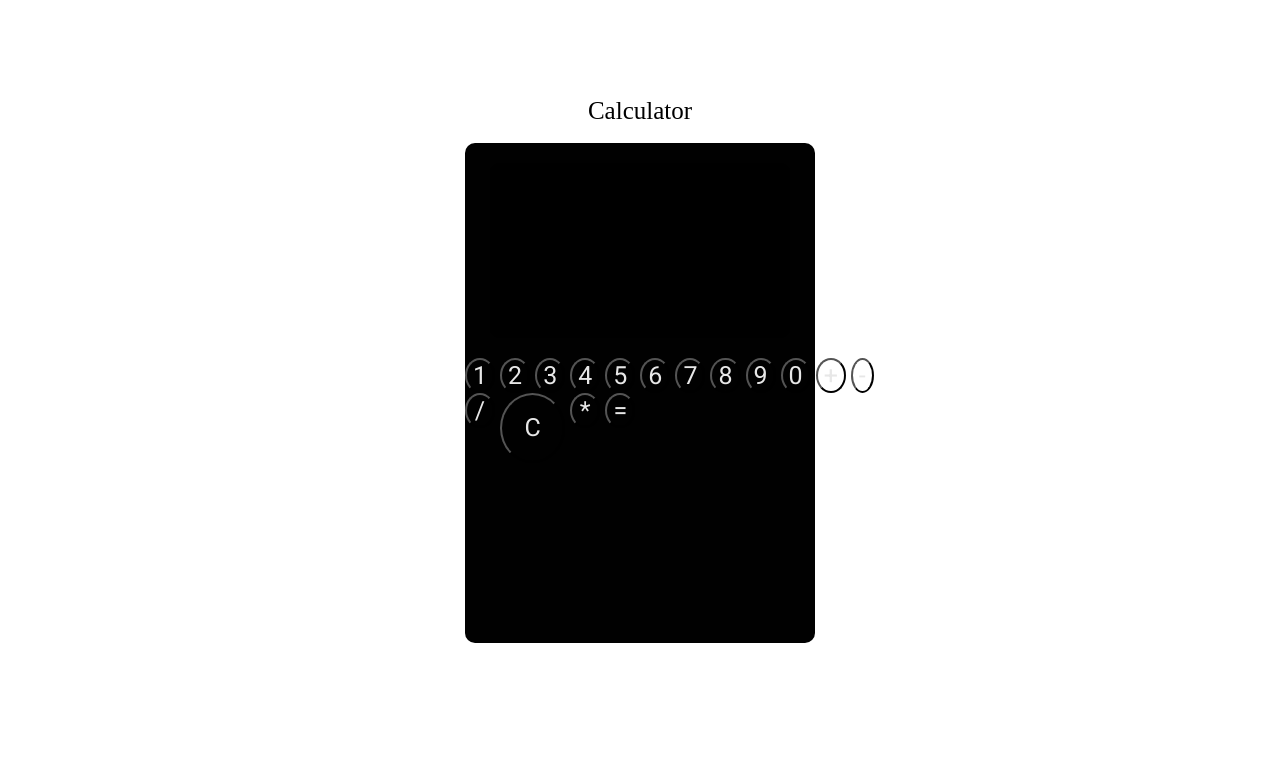
Repository: Gibon9/SimpleCalc
Page: index.html
An editor plug-in stored every save of this project. The page is shown before and after the next save, followed by the edit.
The browser window is 1280 px wide. The pictures show the whole page.
Some web fonts or font styles are not loaded; a fallback is used.

Above is the page before, as saved 2020-11-27 18:53:14.

### index.html
<!DOCTYPE html>
<html lang="en">
  <head>
    <meta charset="UTF-8" />
    <meta name="viewport" content="width=device-width, initial-scale=1.0" />
    <link rel="stylesheet" href="style/reset.css" />
    <link rel="stylesheet" href="style/style.css" />
    <title>Calculator</title>
  </head>

  <body>
    <main class="main">
      <h1 class="title">Calculator</h1>
      <section class="clac">
        <div class="calc-display" id="display"></div>
        <section class="keyboard" id="keyboard">
          <button class="calc-button c-btn" id="clear">C</button>
          <button class="calc-button" id="btn1">1</button>
          <button class="calc-button" id="btn2">2</button>
          <button class="calc-button" id="btn3">3</button>
          <button class="calc-button" id="btn4">4</button>
          <button class="calc-button" id="btn5">5</button>
          <button class="calc-button" id="btn6">6</button>
          <button class="calc-button" id="btn7">7</button>
          <button class="calc-button" id="btn8">8</button>
          <button class="calc-button" id="btn9">9</button>
          <button class="calc-button" id="btn0">0</button>
          <button class="calc-button" id="plus">+</button>
          <button class="calc-button" id="minus">-</button>
          <button class="calc-button" id="divide">/</button>
          <button class="calc-button" id="multiply">*</button>
          <button class="calc-button" id="equal">=</button>
        </section>
      </section>
    </main>
    <script src="./index.js"></script>
  </body>
</html>

### style/style.css
@import url("https://fonts.googleapis.com/css2?family=Roboto&family=Saira+Stencil+One&display=swap");

:root {
  --background-color: #010101;
  --display-color: black;
  --primary-btn-color: ##a5a5a5;
  --secondary-color: #333333;
  --secondary-btn-color: #fd9624;
  --text-color: #e7e7e7;
}

.calc-display,
.title {
  font-family: "Saira Stencil One", cursive;
}

.calc-button {
  font-family: "Roboto", sans-serif;
}

.main {
  display: flex;
  flex-direction: column;
  justify-content: center;
  align-items: center;
  width: 100vw;
  height: 100vh;
}

.title {
  font-size: 25px;
  margin: 20px 0;
}

.clac {
  width: 350px;
  height: 500px;
  background-color: var(--background-color);
  border-radius: 10px;
}

.calc-display {
  margin: 20px auto;
  width: 300px;
  height: 35%;
  background-color: var(--display-color);
  color: var(--primary-color);
  border-radius: 10px;
  font-size: 40px;
}

.keyboard {
  display: grid;
  grid-template-columns: repeat(12, 1fr);
  grid-template-rows: repeat(12, 1fr);
  column-gap: 5px;
}

.calc-button {
  font-size: 25px;
  color: var(--text-color);
  background-color: var(--primary-btn-color);
  border-radius: 50%;
}

.c-btn {
  grid-column: 2/4;
  grid-row: 2/4;
}

Loaded but not shown: style/reset.css (common file); index.js (no copy from this time; the picture is the same without it)

After the next save:
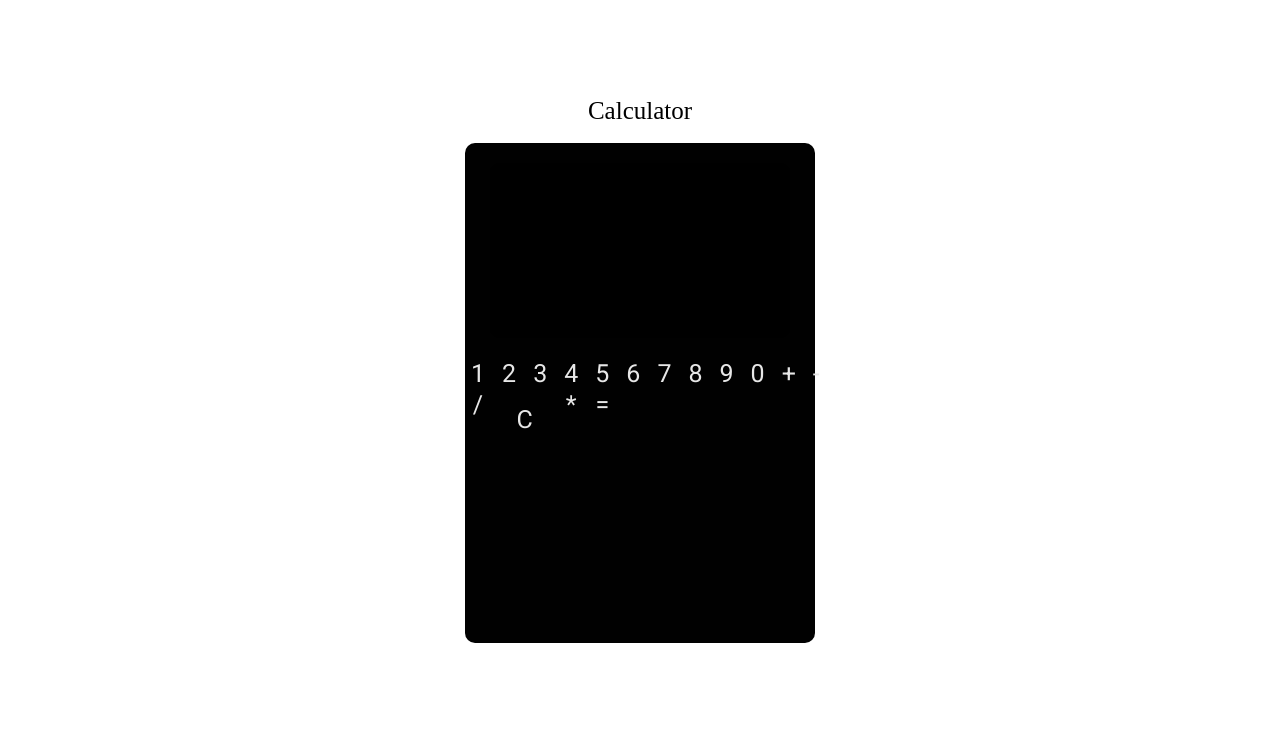
Saved 57 s later.
--- a/style/style.css
+++ b/style/style.css
@@ -61,6 +61,7 @@
   color: var(--text-color);
   background-color: var(--primary-btn-color);
   border-radius: 50%;
+  border: none;
 }
 
 .c-btn {
